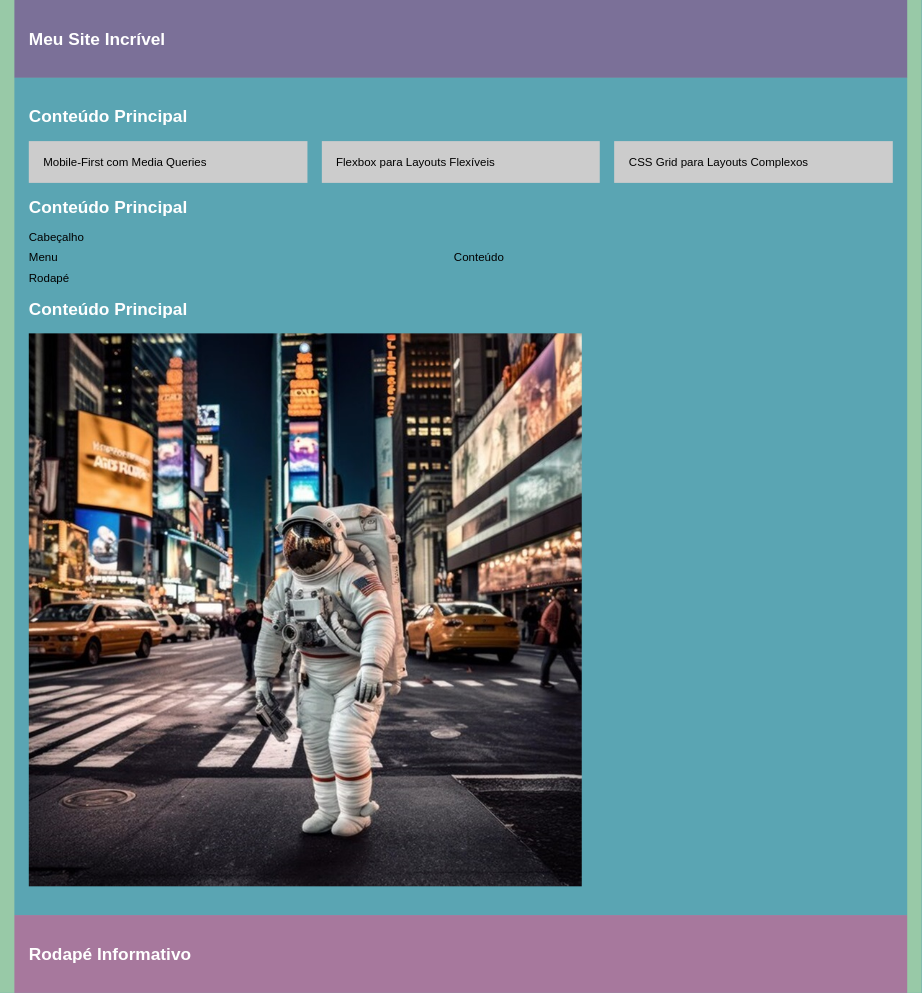
Repository: douglasabnovato/model-lp
Page: index.html
The author's editor kept a copy of each file at every save. The page is drawn from the files as they stood at one save, then again after the next save.
The browser window is 1280 px wide. The pictures show the whole page, at 72% of full size.

Above is the page before, as saved 2025-02-25 11:21:46.

After the next save:
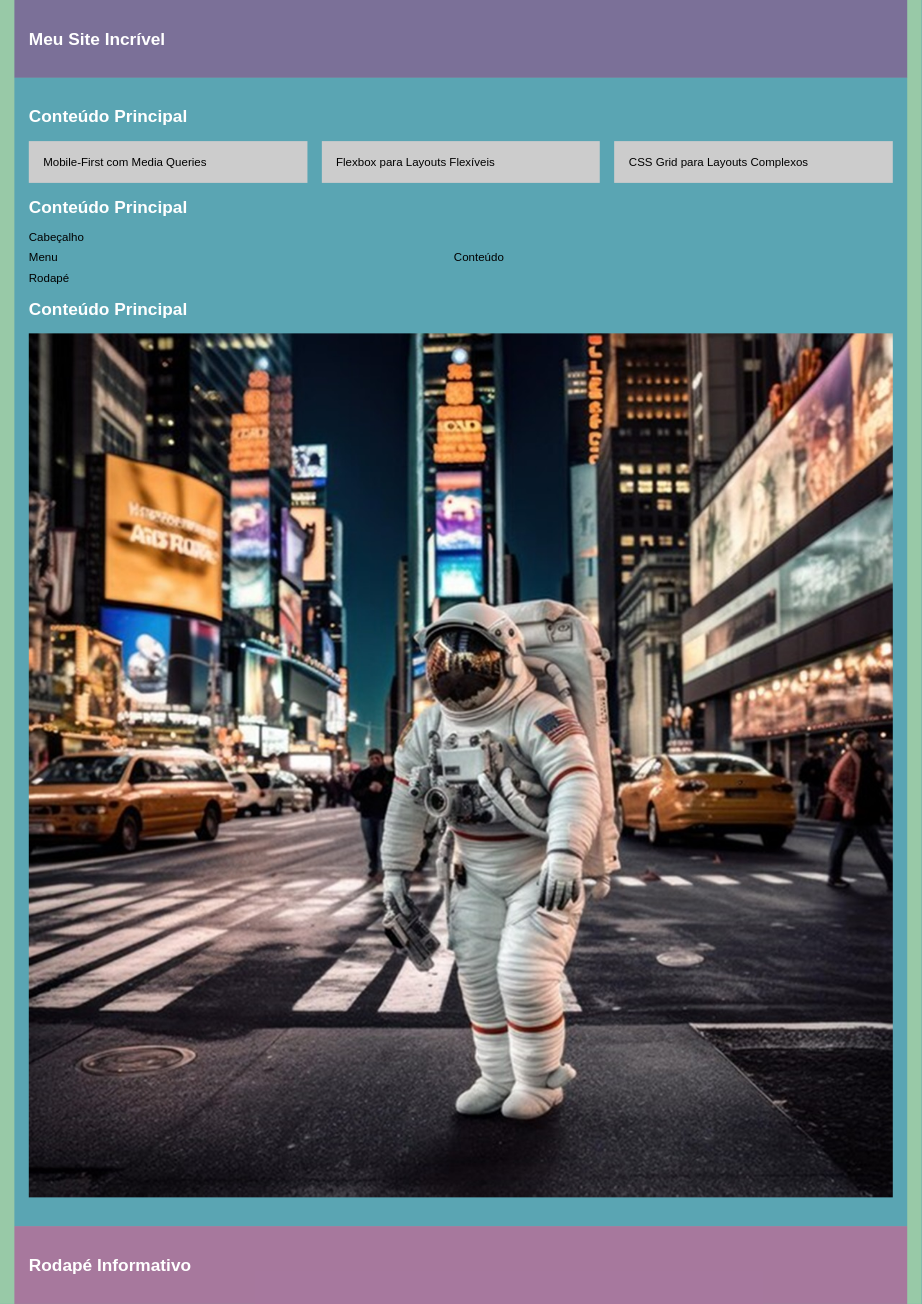
Saved 4 s later.
--- a/index.html
+++ b/index.html
@@ -29,7 +29,7 @@
       <h2>Conteúdo Principal</h2>
       <div class="grid-container">
         <img
-          src="./assets/astronauta-768.jpg"
+          src="./assets/astronauta-1200.jpg"
           alt="Astronauta"
         />
       </div>
